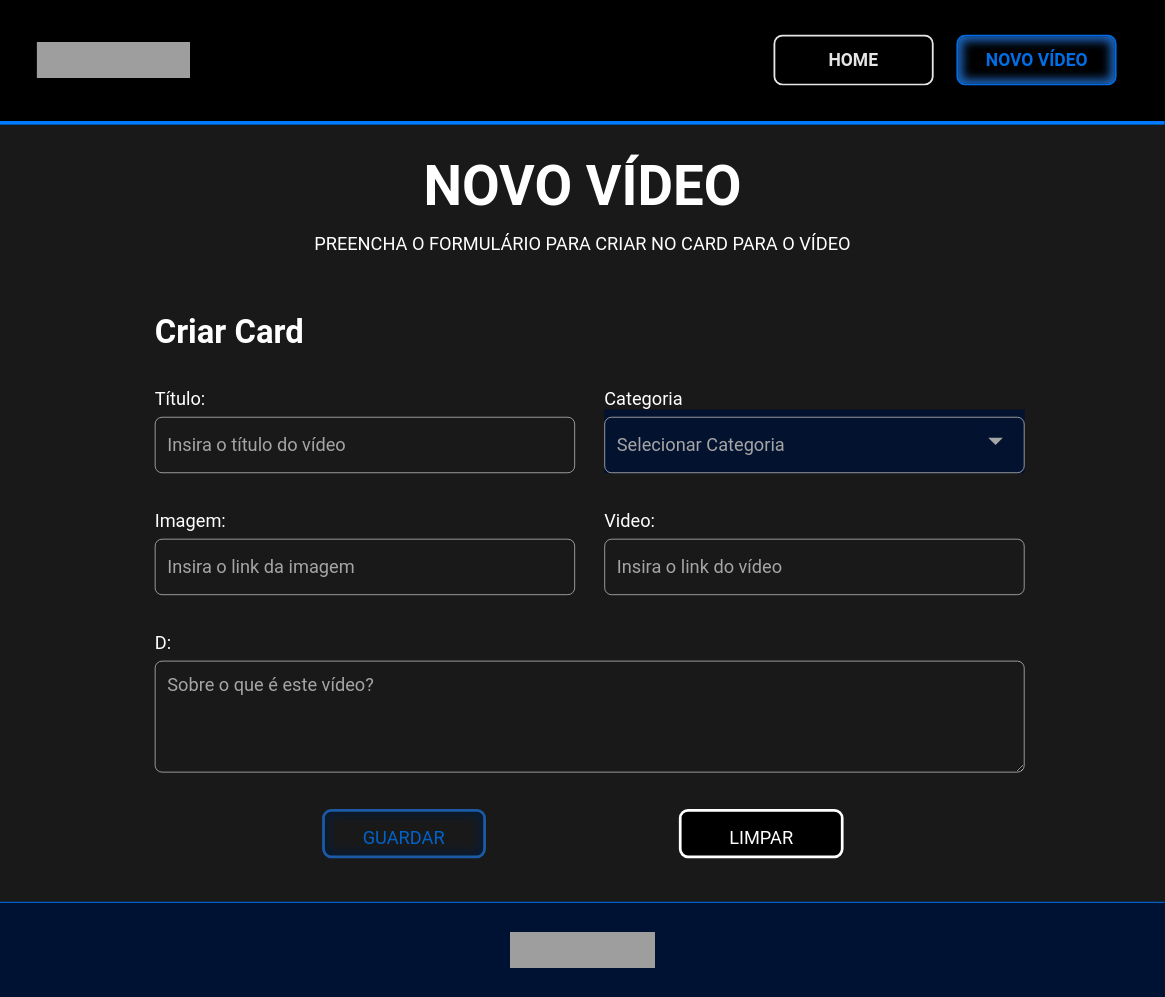
Repository: guilhermecardoso93/aluraflix
Page: /new-video
The author's editor kept a copy of each file at every save. The page is drawn from the files as they stood at one save, then again after the next save.
The browser window is 1280 px wide. The pictures show the whole page, at 91% of full size.
Pictures or frames that could not be fetched are drawn as grey boxes. The page's requests for data from a server got no answer. The project was rebuilt for these pictures with package versions that can differ from the ones it lists, and the page was loaded fresh each time. No one was signed in, and anything a server would have sent is missing. Also part of the build but not shown: vite.config.js, src/components/Loading/Loading.css, src/components/Loading/index.jsx, src/components/Banner/Banner.module.css, src/components/Banner/index.jsx, src/components/Notification/Notification.css, src/components/Notification/index.jsx, src/components/Card/Card.css and 9 more.

Above is the page before, as saved 2024-07-08 20:41:19.

### index.html
<!doctype html>
<html lang="es">
  <head>
    <meta charset="UTF-8" />
    <link rel="icon" type="image/svg+xml" href="/Logo.svg" />
    <meta name="viewport" content="width=device-width, initial-scale=1.0" />
    <title>AluraFlix</title>
  </head>
  <body>
    <div id="root"></div>
    <script type="module" src="/src/main.jsx"></script>
  </body>
</html>

### src/App.jsx
import { AppRoutes } from "./routes/Routes";

export function App() {
  return (
    <>
      <AppRoutes />
    </>
  );
}

### src/index.css
* {
  margin: 0;
  font-family: 'Roboto', sans-serif;
  overflow-x: hidden;
  box-sizing: border-box;
}

:root {
  --color-bg: #191919;
  --color-bg-edit: #03122F;
  --color-backend: #00C86F;
  --color-frontend: #6BD1FF;
  --color-inov-gestao: #FFBA05;
  --color-inov-mobile: #cb1bd1;
  --color-error: #FF0000;
  --color-light-gray: #A5A5A5;
  --color-white: #FFFFFF;
  --color-white-smoke: #F5F5F5;
  --color-blue: #007BFF;
  --color-blue-light: #2271D1;
  --color-dark-gray-border: #262626;
  --color-black: #000000;
  --color-brillo: #FFD700;
  --color-button-shadow: #0b223f;
  --color-banner: #001233;
}

body {
  background-color: var(--color-bg);
}

### src/routes/Routes.jsx
import { BrowserRouter, Route, Routes } from "react-router-dom";
import { VideoProvider } from "../Contexts/VideoContext";

import { Home } from "../pages/Home";
import { NewVideo } from "../pages/NewVideo";

import { Header } from "../components/Header";
import { Footer } from "../components/Footer";
import { PageNotFound } from "../pages/PageNotFound";

import "./AppRoutes.css";

export function AppRoutes() {
  return (
    <VideoProvider>
      <BrowserRouter>
        <div className="app-container">
          <Header />
          <div className="content">
            <Routes>
              <Route path="*" element={<PageNotFound />} />
              <Route path="/" element={<Home />} />
              <Route path="/new-video" element={<NewVideo />} />
            </Routes>
          </div>
          <Footer />
        </div>
      </BrowserRouter>
    </VideoProvider>
  );
}

### src/Contexts/VideoContext.jsx
import { createContext, useState, useContext, useEffect } from "react";
import PropTypes from "prop-types";

const VideoContext = createContext();

export const useVideoContext = () => useContext(VideoContext);

export const VideoProvider = ({ children }) => {
  const [videos, setVideos] = useState([]);
  const api =
    "https://my-json-server.typicode.com/guilhermecardoso93/alura-flix-api/videos";

  const fetchVideos = async () => {
    try {
      const response = await fetch(api);
      const data = await response.json();
      setVideos(data);
    } catch (error) {
      console.error("Error fetching videos:", error);
    }
  };

  useEffect(() => {
    fetchVideos();
  }, []);

  const addVideo = (video) => {
    setVideos((prevVideos) => [
      ...prevVideos,
      { ...video, id: prevVideos.length + 1 },
    ]);
  };

  const updateVideo = (updatedVideo) => {
    setVideos((prevVideos) =>
      prevVideos.map((video) =>
        video.id === updatedVideo.id ? updatedVideo : video
      )
    );
  };

  const deleteVideo = (videoId) => {
    setVideos((prevVideos) =>
      prevVideos.filter((video) => video.id !== videoId)
    );
  };

  return (
    <VideoContext.Provider
      value={{ videos, addVideo, updateVideo, deleteVideo }}
    >
      {children}
    </VideoContext.Provider>
  );
};

VideoProvider.propTypes = {
  children: PropTypes.node.isRequired,
};

### src/pages/NewVideo/index.jsx
import { useState, useRef, useEffect } from "react";
import { useNavigate } from "react-router-dom";
import { useVideoContext } from "../../Contexts/VideoContext";
import { categoryData } from "../../data/CategoryData";
import { validateForm } from "../../utils/ValidateForm";

import { OptionList } from "../../components/OptionList";
import { Button } from "../../components/Button";

import "./NewVideo.css";

export function NewVideo() {
  const { addVideo } = useVideoContext();
  const initialFormData = {
    title: "",
    category: "",
    photo: "",
    link: "",
    description: "",
  };

  const [formData, setFormData] = useState(initialFormData);
  const [errors, setErrors] = useState({});
  const [touchedFields, setTouchedFields] = useState({
    title: false,
    category: false,
    photo: false,
    link: false,
    description: false,
  });
  const [isButtonDisabled, setIsButtonDisabled] = useState(true);
  const descriptionRef = useRef(null);
  const navigateTo = useNavigate();
  const [showNotification, setShowNotification] = useState(false);
  const [notificationMessage, setNotificationMessage] = useState("");
  const [showConfirmation, setShowConfirmation] = useState(false);

  useEffect(() => {
    validateFormAndSetErrors();
  }, [formData]);

  const validateFormAndSetErrors = async () => {
    const formErrors = await validateForm(formData);
    setErrors(formErrors);
    setIsButtonDisabled(
      Object.keys(formErrors).length > 0 || !isFormFilled(formData)
    );
  };

  const isFormFilled = (formData) => {
    return (
      formData.title.trim() !== "" &&
      formData.category.trim() !== "" &&
      formData.photo.trim() !== "" &&
      formData.link.trim() !== "" &&
      formData.description.trim() !== ""
    );
  };

  const handleChange = (e) => {
    const { name, value } = e.target;
    setFormData({ ...formData, [name]: value });
  };

  const handleFieldBlur = (field) => {
    setTouchedFields({ ...touchedFields, [field]: true });
  };

  const handleSave = async (e) => {
    e.preventDefault();
    await validateFormAndSetErrors();
    if (isFormFilled(formData) && Object.keys(errors).length === 0) {
      setShowConfirmation(true);
    }
  };

  const handleConfirmSave = () => {
    addVideo(formData);
    setNotificationMessage("O vídeo foi salvo com sucesso.");
    setShowConfirmation(false);
    setShowNotification(true);
    setTimeout(() => {
      setShowNotification(false);
      navigateTo("/");
    }, 3000);
  };

  const handleCancelSave = () => {
    setShowConfirmation(false);
  };

  const handleCancel = () => {
    setFormData(initialFormData);
    setErrors({});
    setTouchedFields({
      title: false,
      category: false,
      photo: false,
      link: false,
      description: false,
    });
  };

  return (
    <div className="new-video-page">
      <div className="container__new-video">
        <header className="new-video__header">
          <h1 className="new-video__title">NOVO VÍDEO</h1>
          <p className="new-video__description">
            PREENCHA O FORMULÁRIO PARA CRIAR NO CARD PARA O VÍDEO
          </p>
        </header>
        <form className="new-video__form" onSubmit={handleSave}>
          <div className="form-section">
            <div className="form-section__left">
              <h2 className="new-video__form-title">Criar Card</h2>
            </div>
          </div>
          <div className="form-section">
            <div className="form-section__left">
              <label
                className={`new-video__form-label ${
                  errors.title && touchedFields.title ? "error-label" : ""
                }`}
              >
                Título:
                <input
                  className={`new-video__form-input ${
                    errors.title && touchedFields.title ? "error" : ""
                  }`}
                  type="text"
                  placeholder="Insira o título do vídeo"
                  name="title"
                  value={formData.title}
                  onChange={handleChange}
                  onBlur={() => handleFieldBlur("title")}
                  maxLength="200"
                  required
                />
                {errors.title && touchedFields.title && (
                  <span className="error-message">{errors.title}</span>
                )}
              </label>
            </div>
            <div className="form-section__right">
              <OptionList
                classe={`new-video__form-input new-video__form-option ${
                  errors.category && touchedFields.category ? "error-label" : ""
                }`}
                classe2="new-video__dropdown-option"
                value={formData.category}
                onChange={(e) => {
                  handleChange({
                    target: { name: "category", value: e.target.value },
                  });
                  handleFieldBlur("category");
                }}
                options={categoryData}
              />
              {errors.category && touchedFields.category && (
                <span className="error-message">{errors.category}</span>
              )}
            </div>
          </div>
          <div className="form-section">
            <div className="form-section__left">
              <label
                className={`new-video__form-label ${
                  errors.photo && touchedFields.photo ? "error-label" : ""
                }`}
              >
                Imagem:
                <input
                  className={`new-video__form-input ${
                    errors.photo && touchedFields.photo ? "error" : ""
                  }`}
                  type="url"
                  placeholder="Insira o link da imagem"
                  name="photo"
                  value={formData.photo}
                  onChange={handleChange}
                  onBlur={() => handleFieldBlur("photo")}
                  maxLength="200"
                  required
                />
                {errors.photo && touchedFields.photo && (
                  <span className="error-message">{errors.photo}</span>
                )}
              </label>
            </div>
            <div className="form-section__right">
              <label
                className={`new-video__form-label ${
                  errors.link && touchedFields.link ? "error-label" : ""
                }`}
              >
                Video:
                <input
                  className={`new-video__form-input ${
                    errors.link && touchedFields.link ? "error" : ""
                  }`}
                  type="url"
                  placeholder="Insira o link do vídeo"
                  name="link"
                  value={formData.link}
                  onChange={handleChange}
                  onBlur={() => handleFieldBlur("link")}
                  maxLength="200"
                  required
                />
                {errors.link && touchedFields.link && (
                  <span className="error-message">{errors.link}</span>
                )}
              </label>
            </div>
          </div>
          <div className="form-section">
            <div className="form-section__left">
              <label
                className={`new-video__form-label ${
                  errors.description && touchedFields.description
                    ? "error-label"
                    : ""
                }`}
              >
                D:
                <textarea
                  className={`new-video__form-input new-video__form-textarea ${
                    errors.description && touchedFields.description
                      ? "error"
                      : ""
                  }`}
                  name="description"
                  placeholder="Sobre o que é este vídeo?"
                  value={formData.description}
                  onChange={handleChange}
                  onBlur={() => handleFieldBlur("description")}
                  ref={descriptionRef}
                  rows="4"
                  maxLength="300"
                  required
                />
                {errors.description && touchedFields.description && (
                  <span className="error-message">{errors.description}</span>
                )}
              </label>
            </div>
          </div>
          <div className="new-video__form-buttons">
            <Button
              type="submit"
              label="GUARDAR"
              disabled={isButtonDisabled}
              buttonType="form-button--save"
            />
            <Button
              type="button"
              label="LIMPAR"
              onClick={handleCancel}
              buttonType="form-button--cancel"
            />
          </div>
        </form>
      </div>
      {showNotification && (
        <Notification
          message={notificationMessage}
          onClose={() => setShowNotification(false)}
        />
      )}
      {showConfirmation && (
        <ConfirmationDialog
          message={`Tem certeza de que deseja salvar este novo vídeo?`}
          onConfirm={handleConfirmSave}
          onCancel={handleCancelSave}
        />
      )}
    </div>
  );
}

### src/components/Header/index.jsx
import { Link, NavLink } from "react-router-dom";
import logo from "../../assets/logo.png";
import styles from "./Header.module.css";

export function Header() {
  return (
    <header className={styles.header}>
      <Link to="/">
        <section className={styles.logoContainer}>
          <img src={logo} alt="Logo Alura Flix" />
        </section>
      </Link>
      <nav className={styles.nav}>
        <div className={styles.navLinks}>
          <NavLink
            to="/"
            className={({ isActive }) =>
              isActive ? `${styles.link} ${styles.activeLink}` : styles.link
            }
          >
            Home
          </NavLink>

          <NavLink
            to="/new-video"
            className={({ isActive }) =>
              isActive ? `${styles.link} ${styles.activeLink}` : styles.link
            }
          >
            Novo Vídeo
          </NavLink>
        </div>
      </nav>
    </header>
  );
}

### src/components/Footer/index.jsx
import { styled } from "styled-components";
import logo from "../../assets/logo.png";

export function Footer() {
  return (
    <FooterContainer>
      <img src={logo} alt="Logo Aluraflix" />
    </FooterContainer>
  );
}

const FooterContainer = styled.footer`
  background-color: var(--color-banner);
  padding: 2rem 0;
  border-top: 1px solid var(--color-blue);

  display: flex;
  align-items: center;
  justify-content: center;

  img {
    width: 10rem;
  }
`;

### src/routes/AppRoutes.css
.app-container {
    display: flex;
    flex-direction: column;
    min-height: 100vh;
    position: relative;
}

.content {
    flex: 1;
}

.footer-bar, footer {
    width: 100%;
    bottom: 0;
}

### src/components/OptionList/index.jsx
import { useState, useRef, useEffect } from "react";
import { IoMdArrowDropdown } from "react-icons/io";

import "./OptionList.css";

export function OptionList({ value, onChange, options, classe, classe2 }) {
  const [isOpen, setIsOpen] = useState(false);
  const dropdownRef = useRef(null);

  const handleToggleDropdown = () => {
    setIsOpen(!isOpen);
  };

  const handleSelectOption = (option) => {
    onChange({ target: { name: "category", value: option } });
    setIsOpen(false);
  };

  const handleClickOutside = (event) => {
    if (dropdownRef.current && !dropdownRef.current.contains(event.target)) {
      setIsOpen(false);
    }
  };

  useEffect(() => {
    document.addEventListener("mousedown", handleClickOutside);
    return () => {
      document.removeEventListener("mousedown", handleClickOutside);
    };
  }, []);

  return (
    <div className="option-list" ref={dropdownRef}>
      <label>Categoria</label>
      <div className="input-with-icon" onClick={handleToggleDropdown}>
        <div className={`${classe}`}>{value || "Selecionar Categoria"}</div>
        <IoMdArrowDropdown className="dropdown-icon dropdown-icon-video" />
      </div>
      {isOpen && (
        <ul className="dropdown-options">
          {options.map((option) => (
            <li
              key={option.id}
              className={`${classe2}`}
              onClick={() => handleSelectOption(option.name)}
            >
              {option.name}
            </li>
          ))}
        </ul>
      )}
    </div>
  );
}

### src/components/Button/index.jsx
import "./Button.css";

export function Button({ type, label, onClick, disabled, buttonType }) {
  return (
    <button
      type={type}
      className={`form-button ${buttonType}`}
      onClick={onClick}
      disabled={disabled}
    >
      {label}
    </button>
  );
}

### src/components/Header/Header.module.css
.header {
    display: flex;
    justify-content: space-between;
    align-items: center;
    padding: 2.4rem 2.5rem;
    background-color: var(--color-black);
    border-bottom: 4px solid var(--color-blue);
}

a {
    text-decoration: none;
}

img {
    width: 169px;
    height: 40px;
}

.logoContainer {
    height: auto;
    display: flex;
    align-items: center;
    background-color: var(--color-black);
}

.nav {
    display: flex;
    justify-content: space-around;
    align-items: center;
    background-color: var(--color-black);
}

.navLinks {
    display: flex;
    justify-content: space-around;
    background-color: var(--color-black);
}

.menuIcon {
    display: none;
}

.link {
    font-weight: bold;
    padding: 0.85rem;
    color: var(--color-white);
    border-radius: 0.625rem;
    border: 2px solid var(--color-white);
    margin: 0 0.8rem;
    text-decoration: none;
    text-align: center;
    opacity: 0.9;
    display: flex;
    align-items: center;
    justify-content: center;
    width: 9.35rem;

    background-color: transparent;
    color: #fff;

    width: 11rem;
    height: 3.5rem;

    border: solid 2px #fff;
    border-radius: 10px;

    font-size: 1.2rem;
    text-transform: uppercase;
}

.link:hover {
    filter: brightness(1.4);
    color: var(--color-blue-light);
}

.activeLink {
    color: var(--color-blue);
    border: 2px solid var(--color-blue);
    border-radius: 0.625rem;
    box-shadow: inset 0 0 10px 5px var(--color-blue-light);
}

@media (max-width: 600px) {
    .link {
        border-radius: 0;
        border: none;
        border-bottom: 2px solid var(--color-white);
    }

    .link:hover {
        color: var(--color-blue-light);
        border-bottom: 2px solid var(--color-blue-light);
    }

    .activeLink {
        border-bottom: 2px solid var(--color-blue);
    }
}

### src/components/OptionList/OptionList.css
.option-list {
    position: relative;
    border-radius: 10px;
    background: var(--color-blue-dark);
    overflow-x: visible;
}

.option-list label {
    font-size: 1.25rem;
}

.input-with-icon {
    position: relative;
    width: 100%;
    background: var(--color-blue-dark);
}

.input-with-icon .selected-value {
    color: var(--color-light-gray);
    height: 3.875rem;
    border-radius: 10px;
    margin-top: 0.5rem;
    outline: none;
    display: flex;
    justify-content: space-between;
    align-items: center;
    max-width: 35.813rem;
    width: 100%;
    box-sizing: border-box;
    margin-bottom: 0;
}

.input-with-icon .dropdown-icon {
    font-size: 2rem;
    color: var(--color-light-gray);
    cursor: pointer;
    position: absolute;
    top: 50%;
    right: 1rem;
    transform: translateY(-50%);
    z-index: 1;
    background-color: transparent;
}

.dropdown-options {
    position: absolute;
    left: 0;
    width: 100%;
    z-index: 1000;
    overflow-y: hidden;
    padding: 0;
    box-shadow: 0 8px 16px rgba(0, 0, 0, 0.2);
    border: 0.5px solid var(--color-white);
    border-radius: 0 0 10px 10px;
}

.input-with-icon.open .dropdown-options {
    display: block;
}

### src/components/Button/Button.css
.new-video__form-buttons {
    display: flex;
    justify-content: space-between;
    margin: auto;
    background: transparent;
    width: 100%;
    max-width: 35.813rem;
    font-size: 1.25rem;
}

.form-button {
    max-width: 11.258rem;
    max-height: 3.375rem;
    width: 100%;
    padding: 1rem 1.25rem;
    cursor: pointer;
    background: var(--color-black);
    border-radius: 10px;
    font-size: 1.25rem;
    margin-bottom: 1rem;
}

.form-button--save {
    color: var(--color-blue);
    border: 3px solid var(--color-blue-light);
    box-shadow: inset 0 0 10px 5px var(--color-button-shadow);
    filter: brightness(1.3);
}

.form-button--save:hover {
    filter: brightness(1.3);
}

.form-button--cancel {
    color: var(--color-white);
    border: 3px solid var(--color-white);
}

.form-button--cancel:hover {
    filter: brightness(1.3);
}

.form-button:disabled {
    background-color: var(--color-light-gray);
    background: transparent;
    filter: brightness(0.8);
    cursor: not-allowed;
}

/* *Media queries* */
@media screen and (max-width: 768px) {
    .new-video__form-buttons {
        display: flex;
        flex-direction: column;
        justify-content: center;
        align-items: center;
        margin: 0 1rem 1rem 1rem;
    }
}

Loaded but not shown: src/main.jsx (common file); src/utils/ValidateForm.js (60 lines, source omitted); src/data/CategoryData.js (22 lines, source omitted); src/components/Modal/Modal.css (181 lines, source omitted); src/pages/NewVideo/NewVideo.css (181 lines, source omitted)

After the next save:
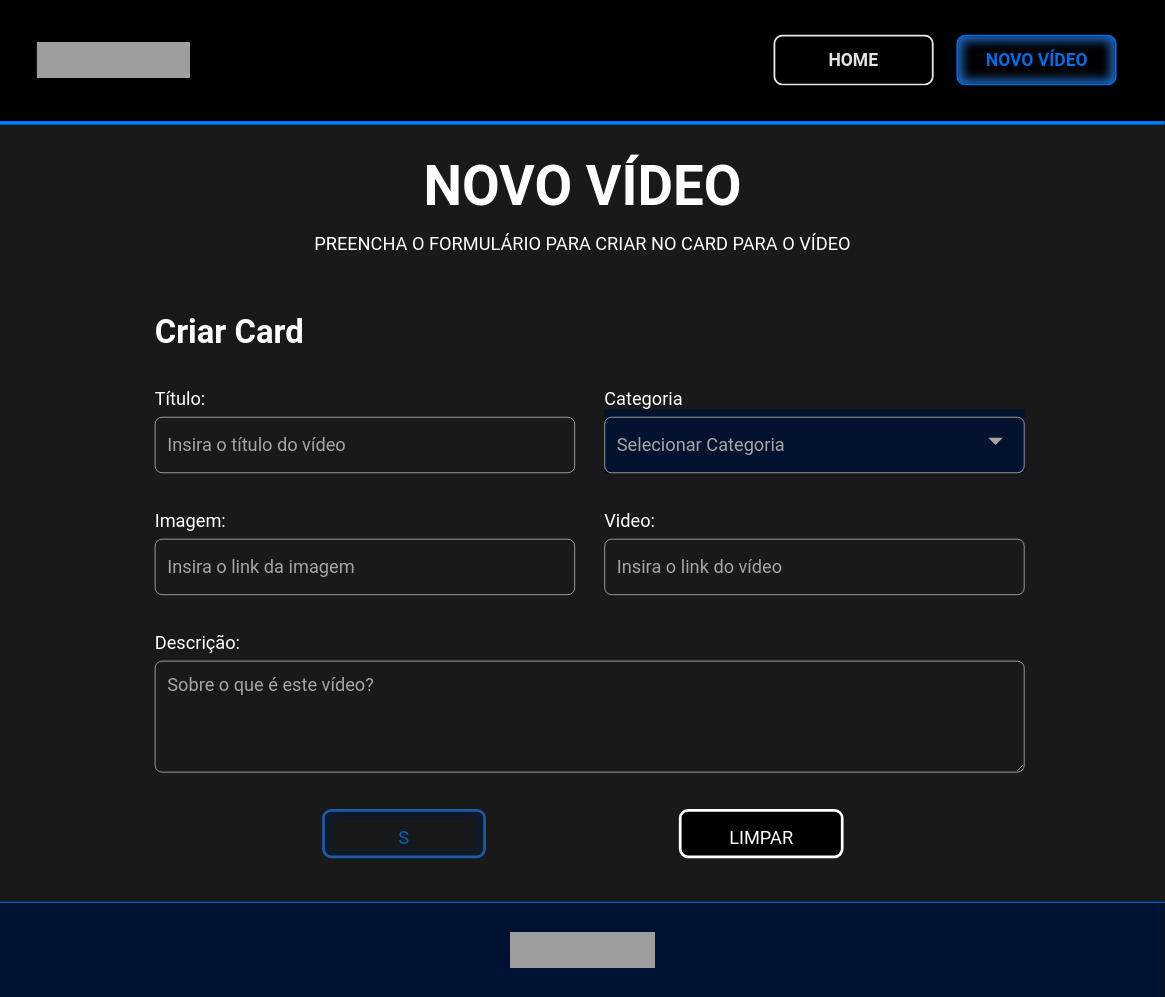
Saved 64 s later.
--- a/src/pages/NewVideo/index.jsx
+++ b/src/pages/NewVideo/index.jsx
@@ -223,7 +223,7 @@ export function NewVideo() {
                     : ""
                 }`}
               >
-                D:
+                Descrição:
                 <textarea
                   className={`new-video__form-input new-video__form-textarea ${
                     errors.description && touchedFields.description
@@ -249,7 +249,7 @@ export function NewVideo() {
           <div className="new-video__form-buttons">
             <Button
               type="submit"
-              label="GUARDAR"
+              label="S"
               disabled={isButtonDisabled}
               buttonType="form-button--save"
             />
